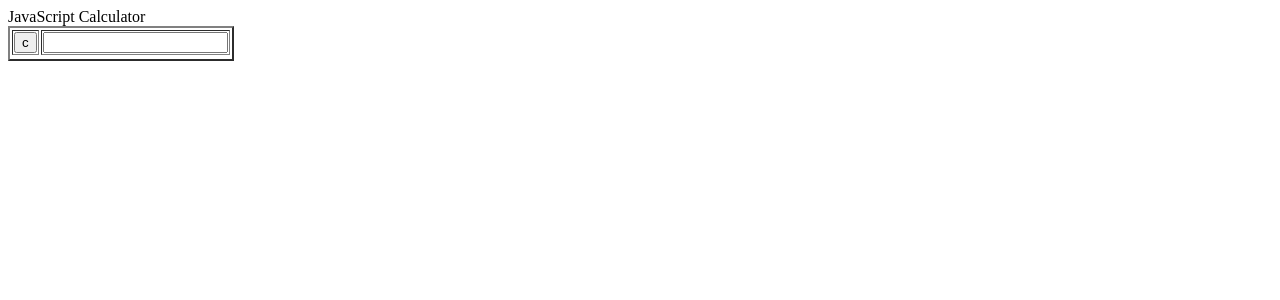
Repository: spidero7/Simple-Calculator
Page: index.html
These files come from the project's save history. The page is drawn as it stood at one moment and after the next save; the edit follows.
The browser window is 1280 px wide. The pictures show the whole page.

Above is the page before, as saved 2021-09-15 06:47:46.

### index.html
<!DOCTYPE html>
<html lang="en">
<head>
    <meta charset="UTF-8">
    <meta http-equiv="X-UA-Compatible" content="IE=edge">
    <meta name="viewport" content="width=device-width, initial-scale=1.0">
    <title>Calculator</title>
    <link rel="stylesheet" href="style.css">
</head>
<body>
    <div class="title">JavaScript Calculator</div>
    <table border="2">
        <tr>
            <td><input type="button" value="c" onclick="clr()"/></td>
            <td colspan="3"><input type="text" id="textvalue"/></td>
        </tr>
        <tr>

        </tr>
    </table>
    <script src="app.js"></script>
</body>
</html>

Loaded but not shown: app.js (no copy from this time; the picture is the same without it); style.css (no copy from this time; the picture is the same without it)

After the next save:
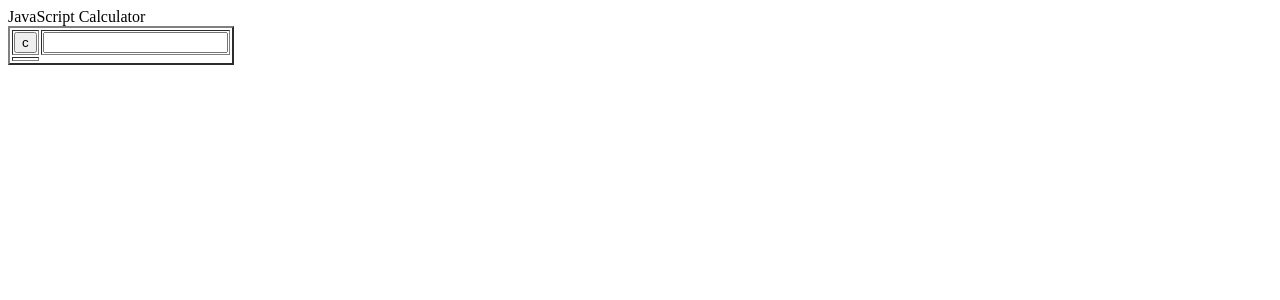
Saved 38 s later.
--- a/index.html
+++ b/index.html
@@ -15,7 +15,7 @@
             <td colspan="3"><input type="text" id="textvalue"/></td>
         </tr>
         <tr>
-
+            <td
         </tr>
     </table>
     <script src="app.js"></script>
